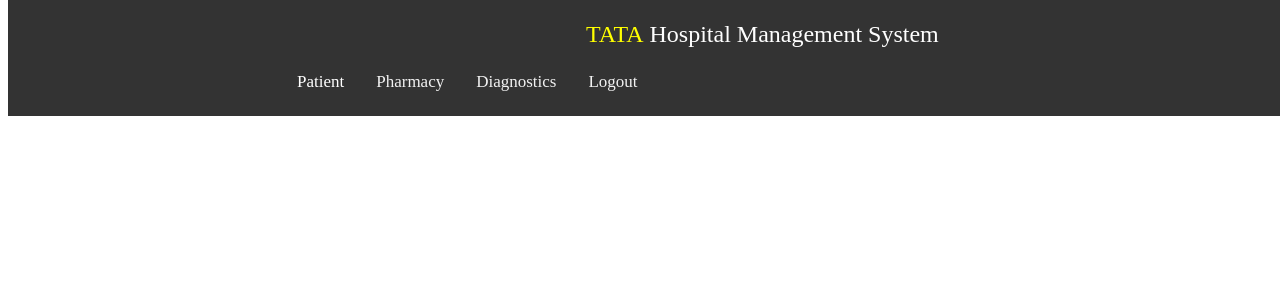
Repository: gopikavinod/RBM
Page: http://localhost/Hospital_Management_System/test.jsp
These files come from the project's save history. The page is drawn as it stood at one moment and after the next save; the edit follows.
The browser window is 1280 px wide. The pictures show the whole page.
The page is served by Tomcat 9.

Above is the page before, as saved 2020-06-27 06:40:01.

After the next save:
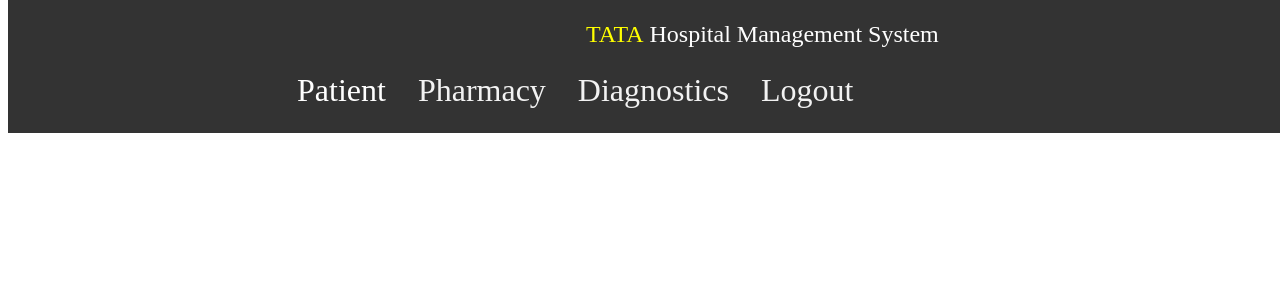
Saved 3 min 25 s later.
--- a/eclipse-workspace/Hospital Management System/WebContent/test.jsp
+++ b/eclipse-workspace/Hospital Management System/WebContent/test.jsp
@@ -141,7 +141,7 @@
          <p class="detail"  style="padding-left: 450px;">TATA<span class="name">&nbsp;Hospital Management System</span></p>
           <div class="topnav" id="myTopnav" display="none">
             <div class="dropdown">
-    <button class="dropbtn">Patient
+    <button class="dropbtn" style="font-size: xx-large;">Patient
       <i class="fa fa-caret-down"></i>
     </button>
     <div class="dropdown-content">
@@ -153,9 +153,9 @@
     </div>
 
 
-                <a href="#">Pharmacy</a>
-                <a href="#">Diagnostics</a>
-                 <a href="/Retail_Bank_Management/LogoutServlet" onclick="disableBackButton()">Logout</a>
+                <a href="#"  style="font-size: xx-large;">Pharmacy</a>
+                <a href="#"  style="font-size: xx-large;">Diagnostics</a>
+                 <a href="/Retail_Bank_Management/LogoutServlet" onclick="disableBackButton()"  style="font-size: xx-large;">Logout</a>
           </div>
             </nav>
         </div>
